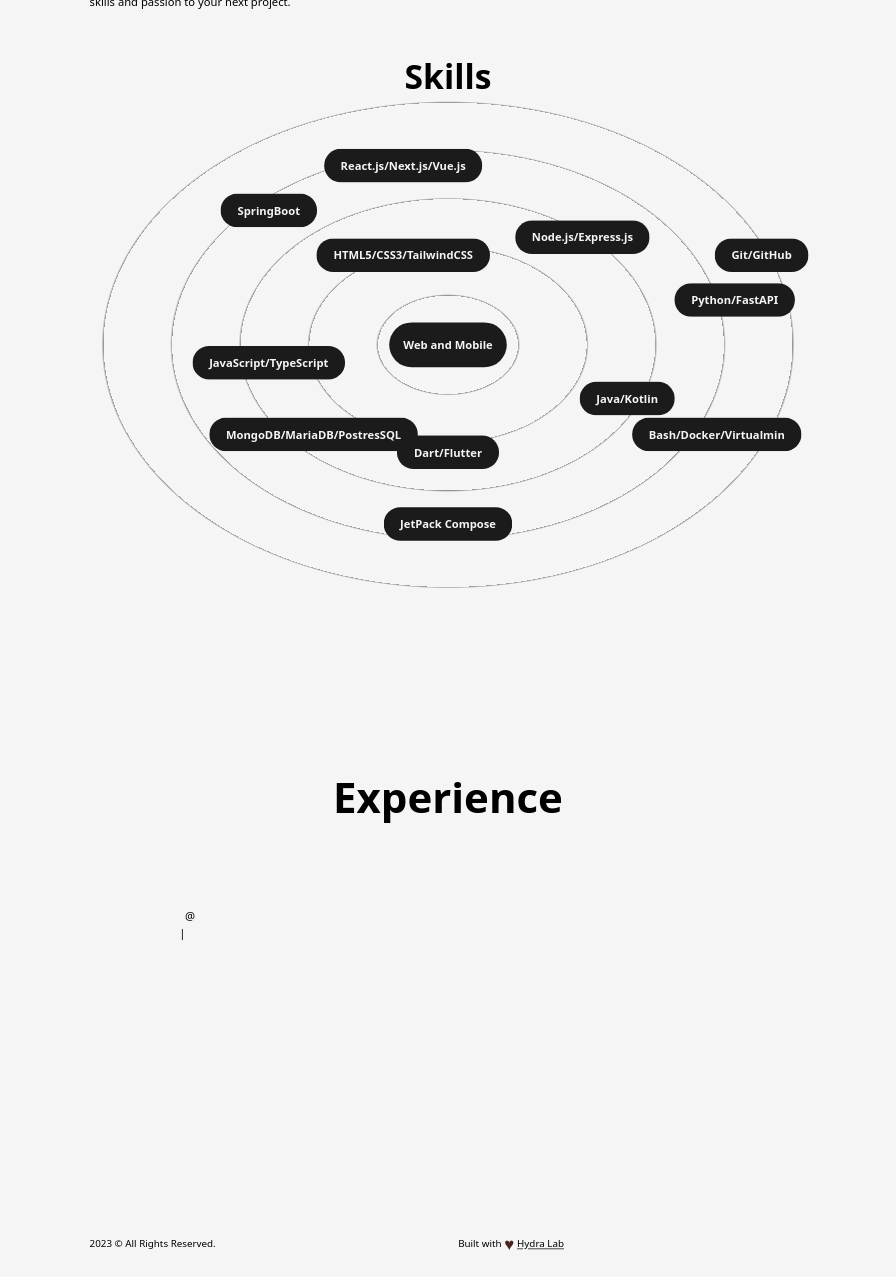
Repository: marcusdashe/situs
Page: /about
An editor plug-in stored every save of this project. The page is shown before and after the next save, followed by the edit.
The browser window is 1280 px wide. The pictures show the part of the page from y = 822 to 2742 px (the page is 2646 px tall before and 2742 px after), at 70% of full size.
The project was rebuilt for these pictures with package versions that can differ from the ones it lists, and the page was loaded fresh each time. The framework's server and built-in components were replaced by stand-ins that run in the browser.

Above is the page before, as saved 2023-07-23 13:14:19.

### src/pages/_app.js
import Footer from "@/components/Footer";
import Navbar from "@/components/Navbar";
import "@/styles/globals.css";
import Head from "next/head";
// import { IBM_Plex_Sans } from "next/font/google";

// const ibm = IBM_Plex_Sans({
//   subsets: ["latin"],
//   variable: "--font-mont",
// });

export default function App({ Component, pageProps }) {
  return (
    <>
      <Head>
        <meta name="viewport" content="width=device-width, initial-scale=1" />
        <link rel="icon" href="/favicon.ico" />
      </Head>
      <main className={`  bg-light w-full min-h-screen`}>
        <Navbar />
        <Component {...pageProps} />
        <Footer />
      </main>
    </>
  );
}

### src/components/Footer.jsx
import React from "react";
import Layout from "./Layout";
import Link from "next/link";

const Footer = () => {
  return (
    <footer className="w-full border-t-1 border-solid border-primaryDark font-medium text-sm ">
      <Layout className="py-8 flex items-center justify-between">
        <span>{new Date().getFullYear()} &copy; All Rights Reserved.</span>
        <div className="flex items-center">
          Built with{" "}
          <span className="text-primaryDark text-2xl px-1">&hearts;</span>
          <Link href="/" className="underline underline-offset-2">
            Hydra Lab
          </Link>
        </div>
        <Link href="/"></Link>
      </Layout>
    </footer>
  );
};

export default Footer;

### src/components/Navbar.jsx
import React from "react";
import { useRouter } from "next/router";
import Link from "next/link";
import Logo from "./Logo";
import { TwitterIcon, GithubIcon, LinkedInIcon } from "./Icons";
import { motion } from "framer-motion";

const CustomLink = ({ href, title, className = "" }) => {
  const router = useRouter();

  return (
    <Link href={href} className={`${className} relative group`}>
      {title}
      <span
        className={`h-[1px] inline-block bg-dark absolute left-0 -bottom-0.5 group-hover:w-full transition-[width] ease duration-300 ${
          router.asPath === href ? "w-full" : "w-0"
        }`}
      >
        &nbsp;
      </span>
    </Link>
  );
};

const Navbar = () => {
  return (
    <header
      className="w-full px-32 py-8 font-medium
            flex items-center justify-between sticky top-0 z-10 bg-white"
    >
      <nav>
        <CustomLink href="/" title="Home" className="mr-4" />
        <CustomLink href="/about" title="About" className="mx-4" />
        <CustomLink href="/projects" title="Projects" className="mx-4" />
        {/* <CustomLink href="/articles" title="Articles" className="ml-4" /> */}
      </nav>

      <nav className="flex items-center justify-center flex-wrap">
        <motion.a
          href="https://www.twitter.com/marcusdashe"
          target={"_blank"}
          whileHover={{
            y: -2,
          }}
          whileTap={{ scale: 0.9 }}
          className="w-6 mx-3"
        >
          <TwitterIcon className="" />
        </motion.a>
        <motion.a
          href="https://www.linkedin.com/in/marcus-dashe-15a088202"
          target={"_blank"}
          whileHover={{
            y: -2,
          }}
          whileTap={{ scale: 0.9 }}
          className="w-6 mx-3"
        >
          <LinkedInIcon />
        </motion.a>
        <motion.a
          href="https://www.github.com/marcusdashe"
          target={"_blank"}
          whileHover={{
            y: -2,
          }}
          whileTap={{ scale: 0.9 }}
          className="w-6 ml-3"
        >
          <GithubIcon />
        </motion.a>
      </nav>
      <div className="absolute left-[50%] top-2 translate-x-[-50]">
        <Logo />
      </div>
    </header>
  );
};

export default Navbar;

### src/styles/globals.css
@import url("https://fonts.googleapis.com/css2?family=IBM+Plex+Sans:ital,wght@0,100;0,200;0,300;1,100;1,200&family=Inter:wght@300;400;500;600;700;800;900&display=swap");

@tailwind base;
@tailwind components;
@tailwind utilities;

### src/components/AnimatedText.jsx
import React from "react";
import { motion } from "framer-motion";

const quote = {
  initial: {
    opacity: 1,
  },
  animate: {
    opacity: 1,
    transition: {
      delay: 0.5,
      staggerChildren: 0.08,
    },
  },
};

const singleWord = {
  initial: {
    opacity: 0,
    y: 50,
  },
  animate: {
    opacity: 1,
    y: 0,
    transition: {
      duration: 1,
    },
  },
};

const AnimatedText = ({ text, className = "" }) => {
  return (
    <div className="w-full mx-auto py-2 flex items-center justify-center text-center overflow-hidden ">
      <motion.h1
        className={`inline-block w-full text-dark font-bold capitalize text-4xl ${className}`}
        variants={quote}
        initial="initial"
        animate="animate"
      >
        {text.split(" ").map((word, index) => (
          <motion.span
            key={index}
            className="inline-block"
            variants={singleWord}
          >
            {word}&nbsp;
          </motion.span>
        ))}
      </motion.h1>
    </div>
  );
};

export default AnimatedText;

### src/components/Layout.jsx
import React from "react";

const Layout = ({ children, className = "" }) => {
  return (
    <div className={`${className} w-full inline-block z-0 bg-light p-32`}>
      {children}
    </div>
  );
};

export default Layout;

### src/components/Skills.jsx
import React from "react";
import { motion } from "framer-motion";

const Skill = ({ name, x, y }) => {
  return (
    <motion.div
      className="flex items-center justify-center rounded-full font-semibold bg-dark text-light  py-3 px-6 shadow-dark cursor-pointer absolute"
      whileHover={{ scale: 1.05 }}
      initial={{ x: 0, y: 0 }}
      whileInView={{ x: x, y: y }}
      transition={{ duration: 1.5 }}
      viewport={{ once: true }}
    >
      {name}
    </motion.div>
  );
};

const Skills = () => {
  return (
    <>
      <h2 className="font-bold text-5xl mt-[70px] w-full text-center">
        Skills
      </h2>
      <div className="w-full h-screen relative flex items-center justify-center rounded-full bg-circularLight">
        <motion.div
          className="flex items-center justify-center rounded-full font-semibold bg-dark text-light  p-5 shadow-dark cursor-pointer"
          whileHover={{ scale: 1.05 }}
        >
          Web and Mobile
        </motion.div>

        <Skill name="HTML5/CSS3/TailwindCSS" x="-5vw" y="-10vw" />
        <Skill name="JavaScript/TypeScript" x="-20vw" y="2vw" />
        <Skill name="Java/Kotlin" x="20vw" y="6vw" />
        <Skill name="Dart/Flutter" x="0vw" y="12vw" />
        <Skill name="SpringBoot" x="-20vw" y="-15vw" />
        <Skill name="Node.js/Express.js" x="15vw" y="-12vw" />
        <Skill name="React.js/Next.js/Vue.js" x="-5vw" y="-20vw" />
        <Skill name="Python/FastAPI" x="32vw" y="-5vw" />
        <Skill name="JetPack Compose" x="0vw" y="20vw" />
        <Skill name="MongoDB/MariaDB/PostresSQL" x="-15vw" y="10vw" />
        <Skill name="Git/GitHub" x="35vw" y="-10vw" />
        <Skill name="Bash/Docker/Virtualmin" x="30vw" y="10vw" />
      </div>
    </>
  );
};

export default Skills;

### src/components/Experience.jsx
import React from "react";

const Details = ({ position, company, companyLink, time, address, work }) => {
  return (
    <li>
      <div>
        <h3>
          {position}&nbsp; <a href={companyLink}>@{company}</a>
        </h3>
        <span>
          {time} | {address}
        </span>
        <p>{work}</p>
      </div>
    </li>
  );
};

const Experience = () => {
  return (
    <div className="my-64">
      <h2 className="font-bold text-6xl mb-32 w-full text-center">
        {" "}
        Experience
      </h2>
      <div className="w-[75%] mx-auto relative">
        <ul>
          <Details />
        </ul>
      </div>
    </div>
  );
};

export default Experience;

### src/components/Logo.jsx
"use client";

import React from "react";
import Link from "next/link";
import { motion } from "framer-motion";

const MotionLink = motion(Link);

const Logo = () => {
  return (
    <div className="flex items-center justify-center mt-2">
      <MotionLink
        href="/"
        className="w-16 h-16 bg-primaryDark text-light flex items-center
        justify-center rounded-full text-2xl  hover
      "
        whileHover={{
          scale: 1.5,
          backgroundColor: [
            "#121212",
            "rgba(131,58,180,1)",
            "rgba(253,29,29,1)",
            "rgba(252,176,69,1)",
            "rgba(131,58,180,1)",
            "#121212",
          ],
          transition: {
            duration: 1,
            repeat: Infinity,
          },
        }}
      >
        MD
      </MotionLink>
    </div>
  );
};

export default Logo;

Loaded but not shown: src/pages/about.js (122 lines, source omitted); tailwind.config.js (34 lines, source omitted); src/components/Icons.jsx (474 lines, source omitted)

After the next save:
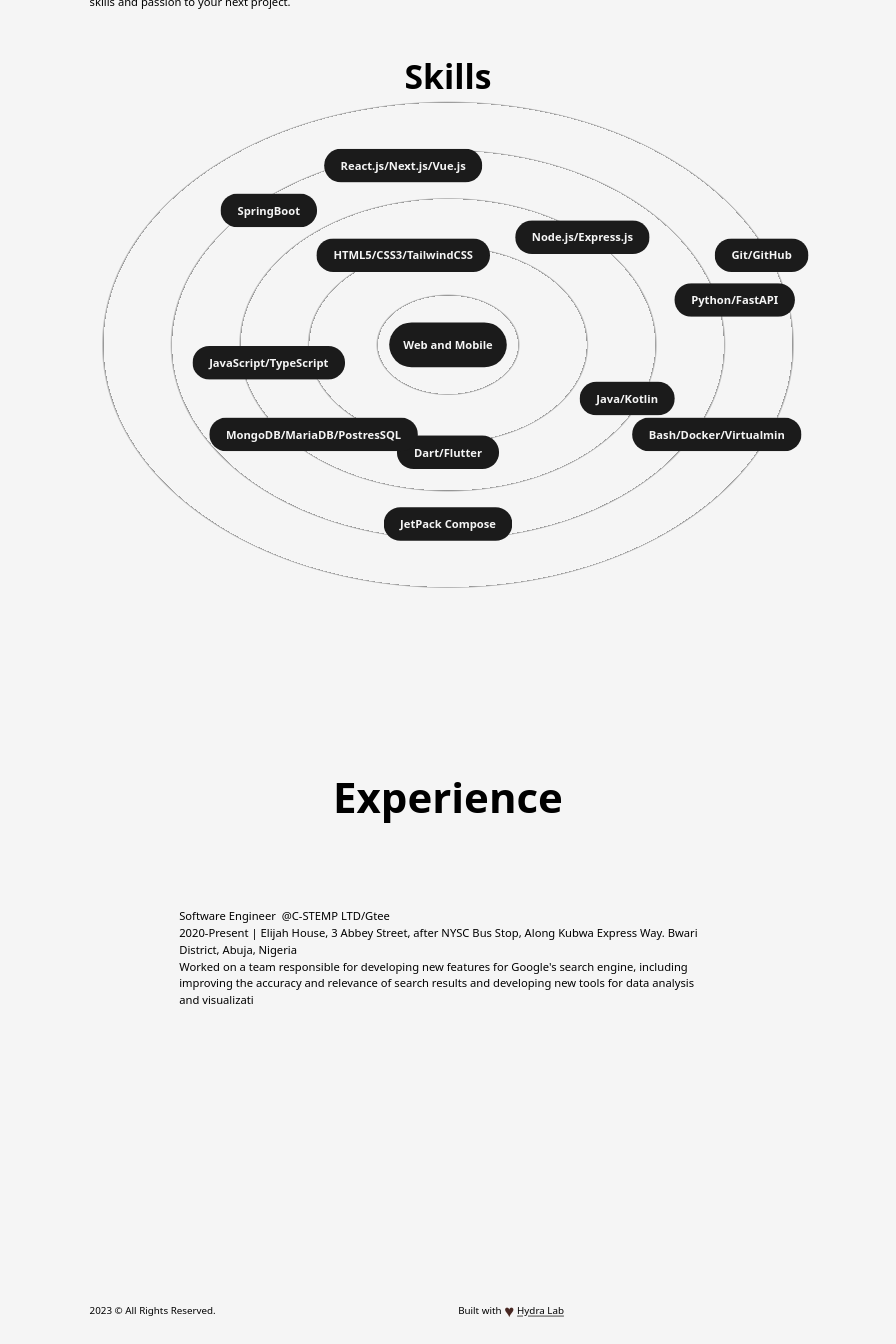
Saved 8 min 19 s later.
--- a/src/components/Experience.jsx
+++ b/src/components/Experience.jsx
@@ -25,7 +25,18 @@ const Experience = () => {
       </h2>
       <div className="w-[75%] mx-auto relative">
         <ul>
-          <Details />
+          <Details
+            position="Software Engineer"
+            companyLink="https://www.cstemp.org"
+            company="C-STEMP LTD/Gtee"
+            time="2020-Present"
+            address="Elijah House, 3 Abbey Street, after NYSC Bus Stop, Along Kubwa Express Way. Bwari District, Abuja, Nigeria"
+            work="
+                      Worked on a team responsible for developing new features for Google's
+search engine, including improving the accuracy and relevance of search results and
+developing new tools for data analysis and visualizati
+                      "
+          />
         </ul>
       </div>
     </div>
